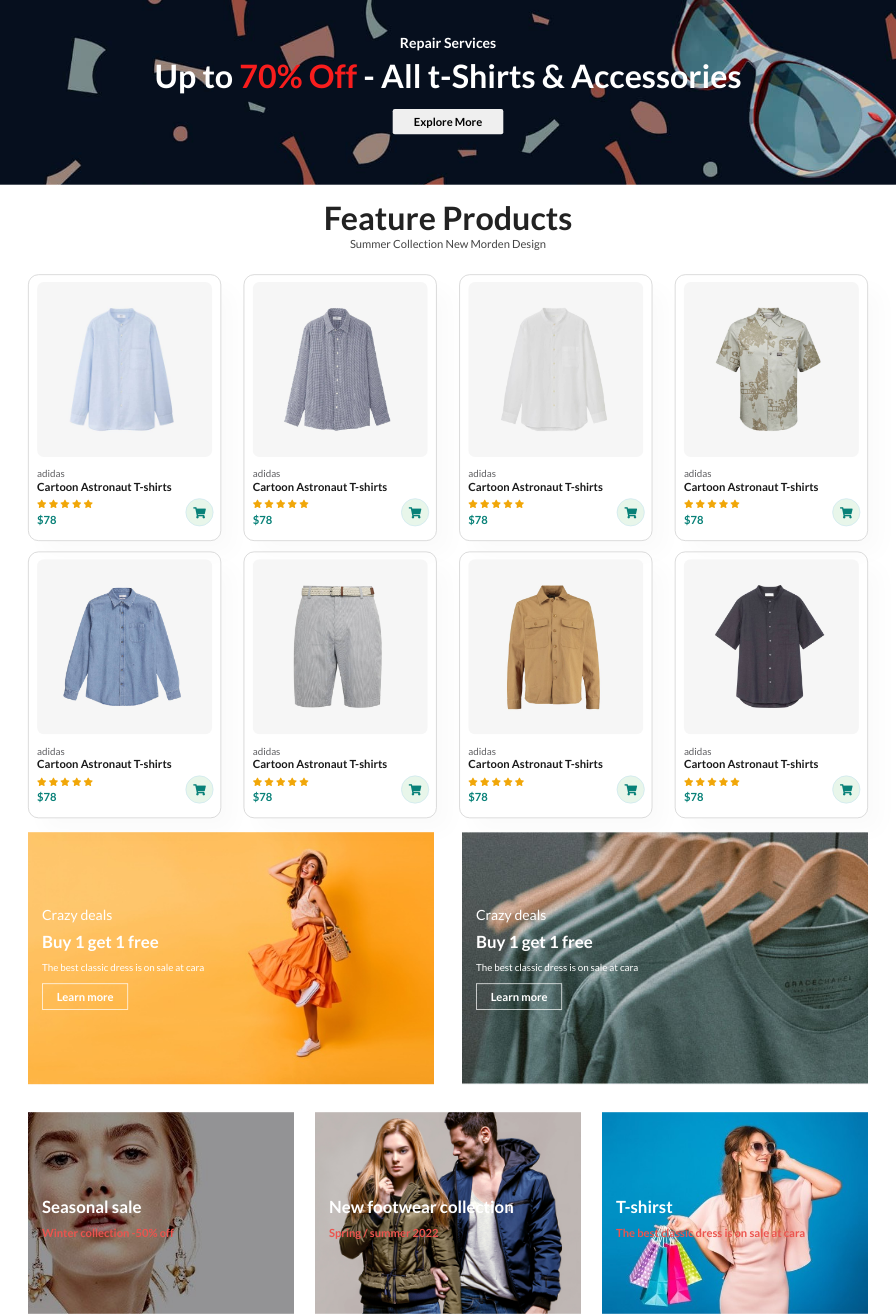
Repository: Nguyenductuan-dev/Website-Clothes
Page: index.html
The author's editor kept a copy of each file at every save. The page is drawn from the files as they stood at one save, then again after the next save.
The browser window is 1280 px wide. The pictures show the part of the page from y = 1897 to 3817 px (the page is 3774 px tall before and 3817 px after), at 70% of full size.

Above is the page before, as saved 2022-05-16 20:58:45.

After the next save:
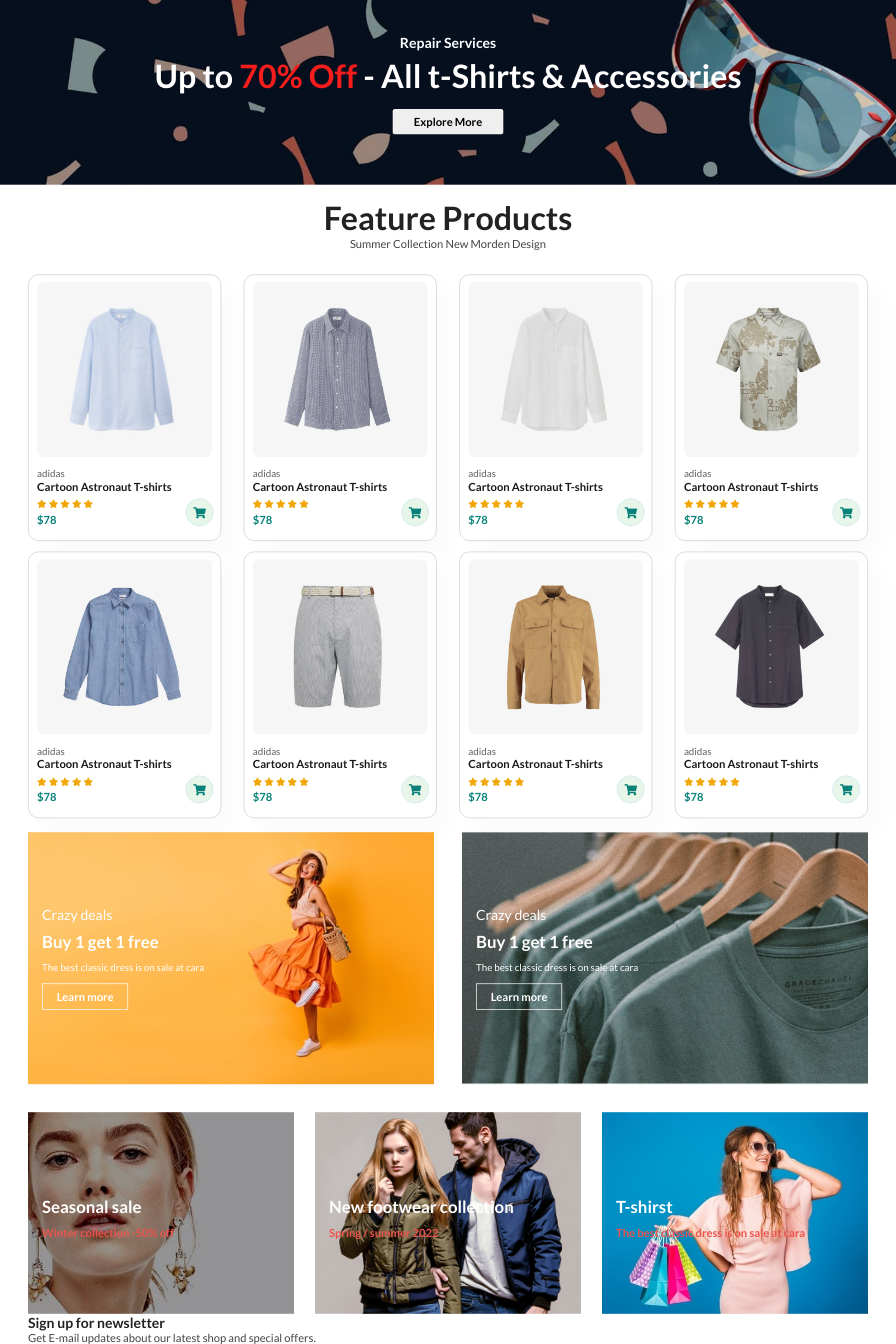
Saved 2 min 48 s later.
--- a/index.html
+++ b/index.html
@@ -484,7 +484,10 @@
     <!-- ======================= NEWSLETTER ====================== -->
     <section class="newsletter" id="newsletter">
         <div class="newsletter__container container">
-
+            <div class="newstext">
+                <h4>Sign up for newsletter</h4>
+                <p>Get E-mail updates about our latest shop and special offers.</p>
+            </div>
         </div>
     </section>
 
